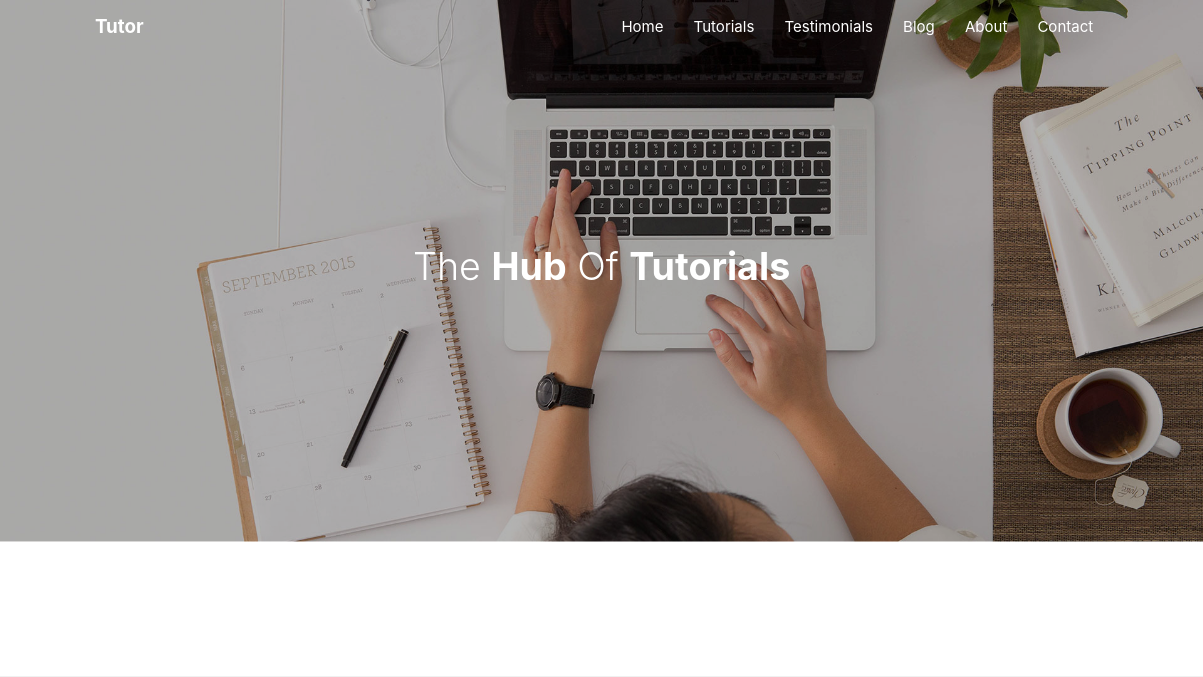
Repository: longvh2003/Tutor
Page: Views/home.html
An editor plug-in stored every save of this project. The page is shown before and after the next save, followed by the edit.
The browser window is 1280 px wide. The pictures show the whole page, at 94% of full size.
Some web libraries are served in a nearby version.

Above is the page before, as saved 2020-08-12 16:23:11.

After the next save:
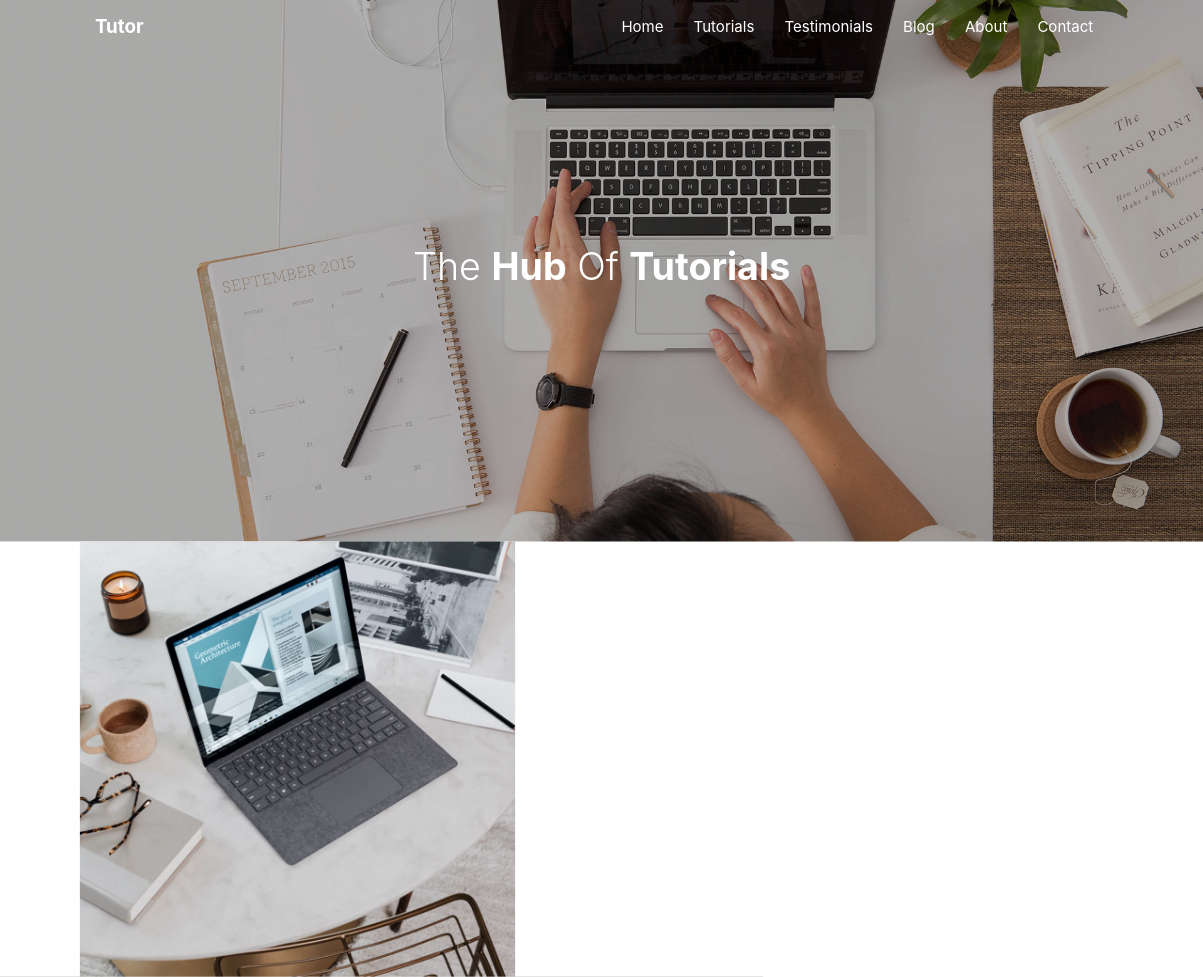
Saved 4 min 19 s later.
--- a/Views/home.html
+++ b/Views/home.html
@@ -43,6 +43,13 @@
             </div>
         </div>
     </section>
+    <div class="container">
+        <div class="row">
+            <div class="col-lg-8">
+                <img src="../Image/img_1.jpg">
+            </div>
+        </div>
+    </div>
 </body>
 
 </html>
